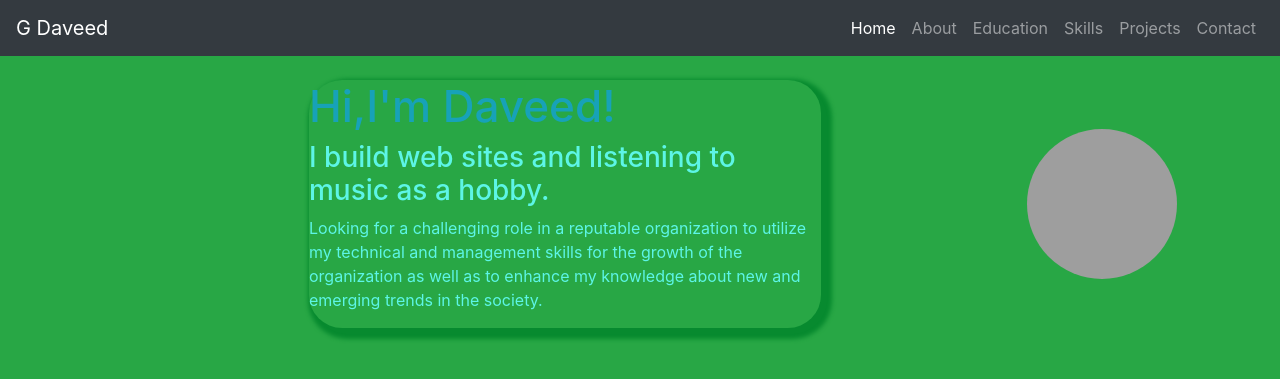
Repository: DaveedGangi/DaveedWebsite
Page: one.html
These files come from the project's save history. The page is drawn as it stood at one moment and after a run of saves; the edit follows.
The browser window is 1280 px wide. The pictures show the whole page.
Pictures or frames that could not be fetched are drawn as grey boxes.

Above is the page before, as saved 2023-10-23 12:09:30.

After the next 4 saves:
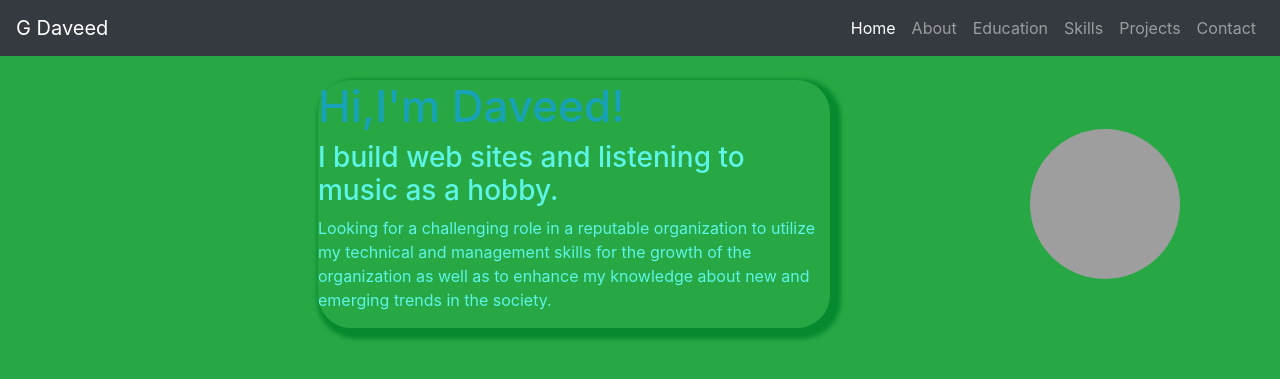
The 4 saves are shown as one change because they came seconds apart.
The last was saved 14 s later.
--- a/two.css
+++ b/two.css
@@ -30,6 +30,7 @@
 .card1{
 
     width:40vw;
+    margin-left:18px;
     border-radius: 33px;
     display: flex;
     flex-direction: column;
